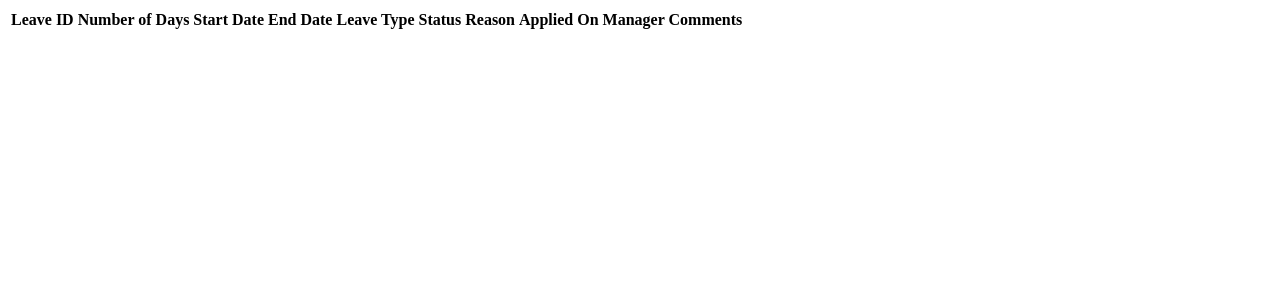
Repository: rkmr039/EMS_PROJECT
Page: http://localhost/EMS/MyLeaves.jsp
These files come from the project's save history. The page is drawn as it stood at one moment and after the next save; the edit follows.
The browser window is 1280 px wide. The pictures show the whole page.
The page is served by Tomcat 9.

Above is the page before, as saved 2019-08-27 05:39:58.

After the next save:
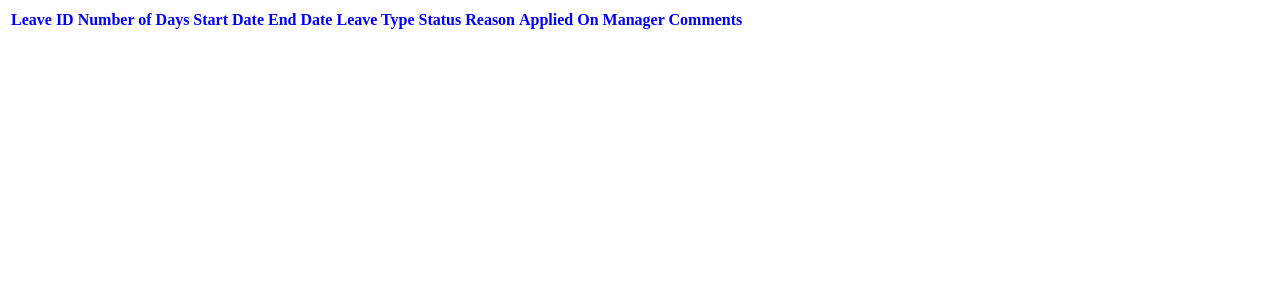
Saved 12 s later.
--- a/EMS/WebContent/MyLeaves.jsp
+++ b/EMS/WebContent/MyLeaves.jsp
@@ -5,7 +5,7 @@
 <head>
 <style>
 	th{
-		bgcolor:blue;
+		color:blue;
 		}
 </style>
 <meta http-equiv="Content-Type" content="text/html; charset=ISO-8859-1">

After the save that followed:
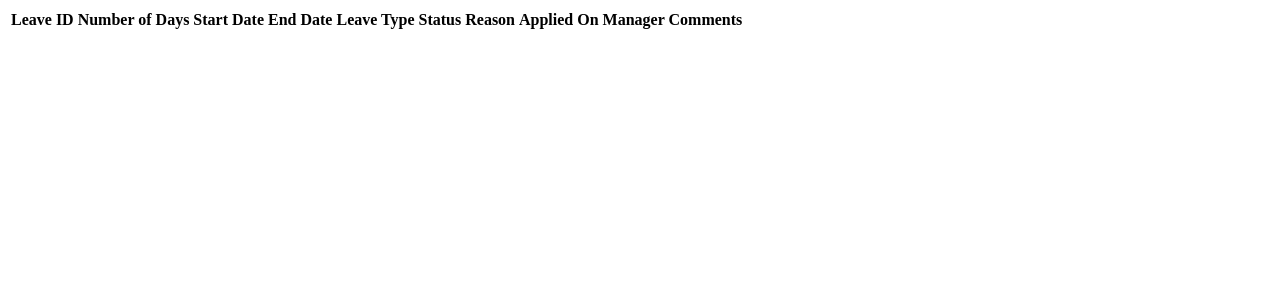
Saved 27 s later.
--- a/EMS/WebContent/MyLeaves.jsp
+++ b/EMS/WebContent/MyLeaves.jsp
@@ -3,11 +3,7 @@
 <!DOCTYPE html PUBLIC "-//W3C//DTD HTML 4.01 Transitional//EN" "http://www.w3.org/TR/html4/loose.dtd">
 <html>
 <head>
-<style>
-	th{
-		color:blue;
-		}
-</style>
+
 <meta http-equiv="Content-Type" content="text/html; charset=ISO-8859-1">
 <title>My Leaves | EMS</title>
 </head>
